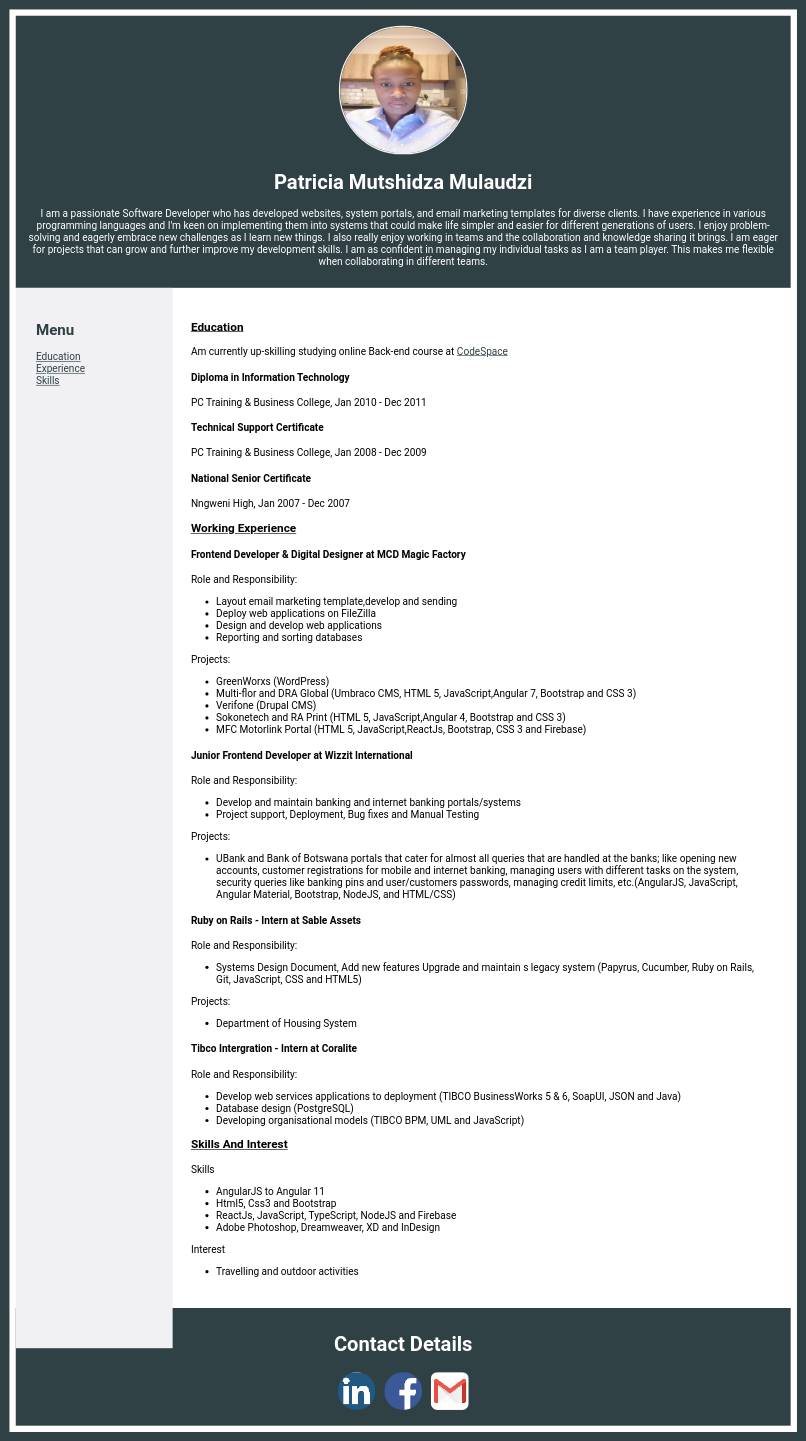
Repository: Patricious/Digital-Resume-01
Page: index.html
An editor plug-in stored every save of this project. The page is shown before and after the next save, followed by the edit.
The browser window is 1280 px wide. The pictures show the whole page, at 63% of full size.

Above is the page before, as saved 2021-08-23 11:54:08.

After the next save:
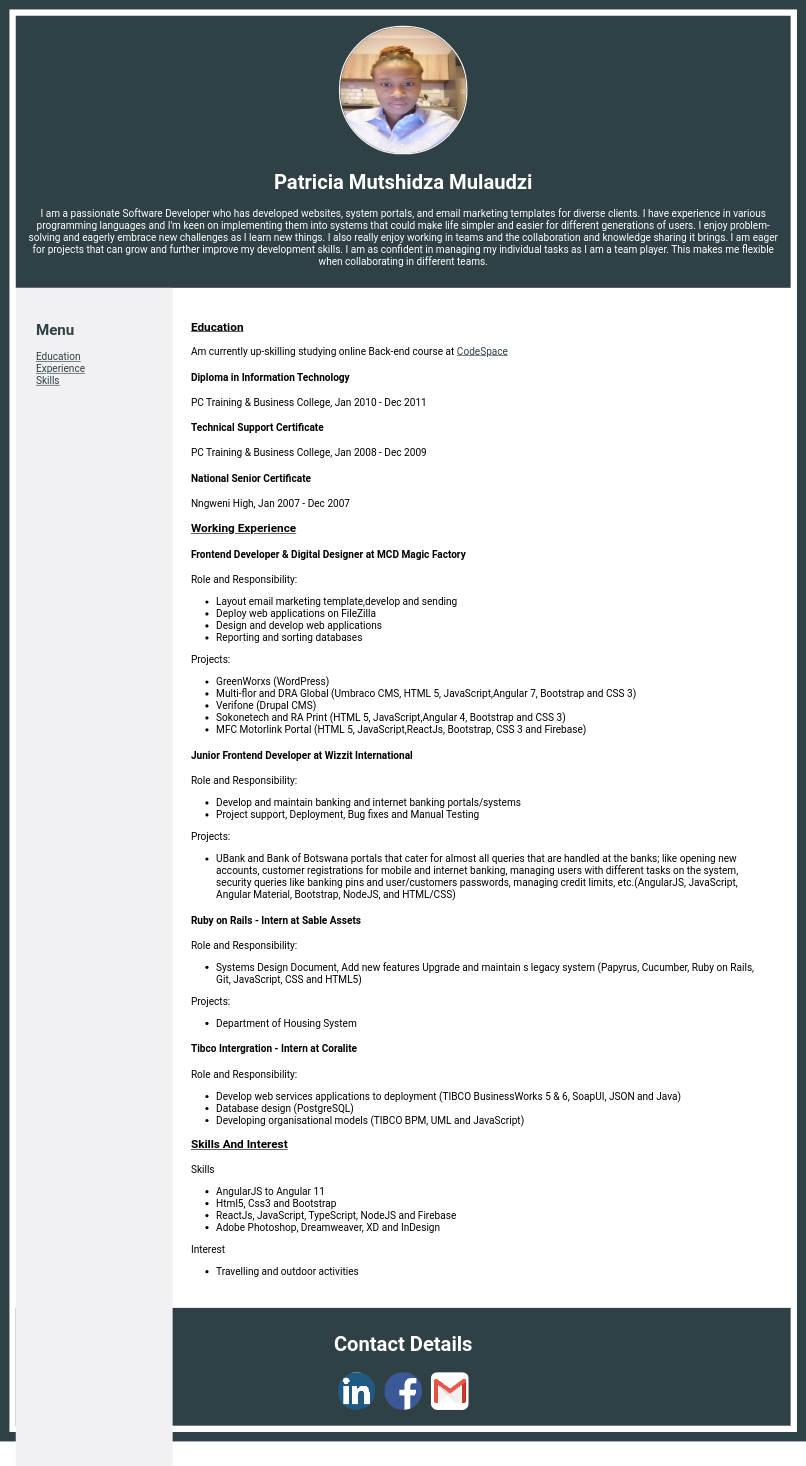
Saved 14 s later.
--- a/index.html
+++ b/index.html
@@ -126,14 +126,14 @@
                 </ul>
             </article>
         </section>
-    </div>
 
-    <footer>
-        <h1>Contact Details</h1>
-        <a href="https://www.linkedin.com/in/patricia-mulaudzi-93b526101/" target="_blank"><img src="img/in.png" alt="LinkedIN" class="circle"></a>
-        <a href="https://www.facebook.com/patricia.mulaudzi.1/" target="_blank"><img src="img/fb.png" alt="Facebook" class="circle"></a>
-        <a href="mailto:mulaudzi689@gmail.com"><img src="img/gm.png" alt="Gmail" class="rounded"></a>
-    </footer>
+
+        <footer>
+            <h1>Contact Details</h1>
+            <a href="https://www.linkedin.com/in/patricia-mulaudzi-93b526101/" target="_blank"><img src="img/in.png" alt="LinkedIN" class="circle"></a>
+            <a href="https://www.facebook.com/patricia.mulaudzi.1/" target="_blank"><img src="img/fb.png" alt="Facebook" class="circle"></a>
+            <a href="mailto:mulaudzi689@gmail.com"><img src="img/gm.png" alt="Gmail" class="rounded"></a>
+        </footer>
     </div>
 </body>
 

After the 2 saves that followed:
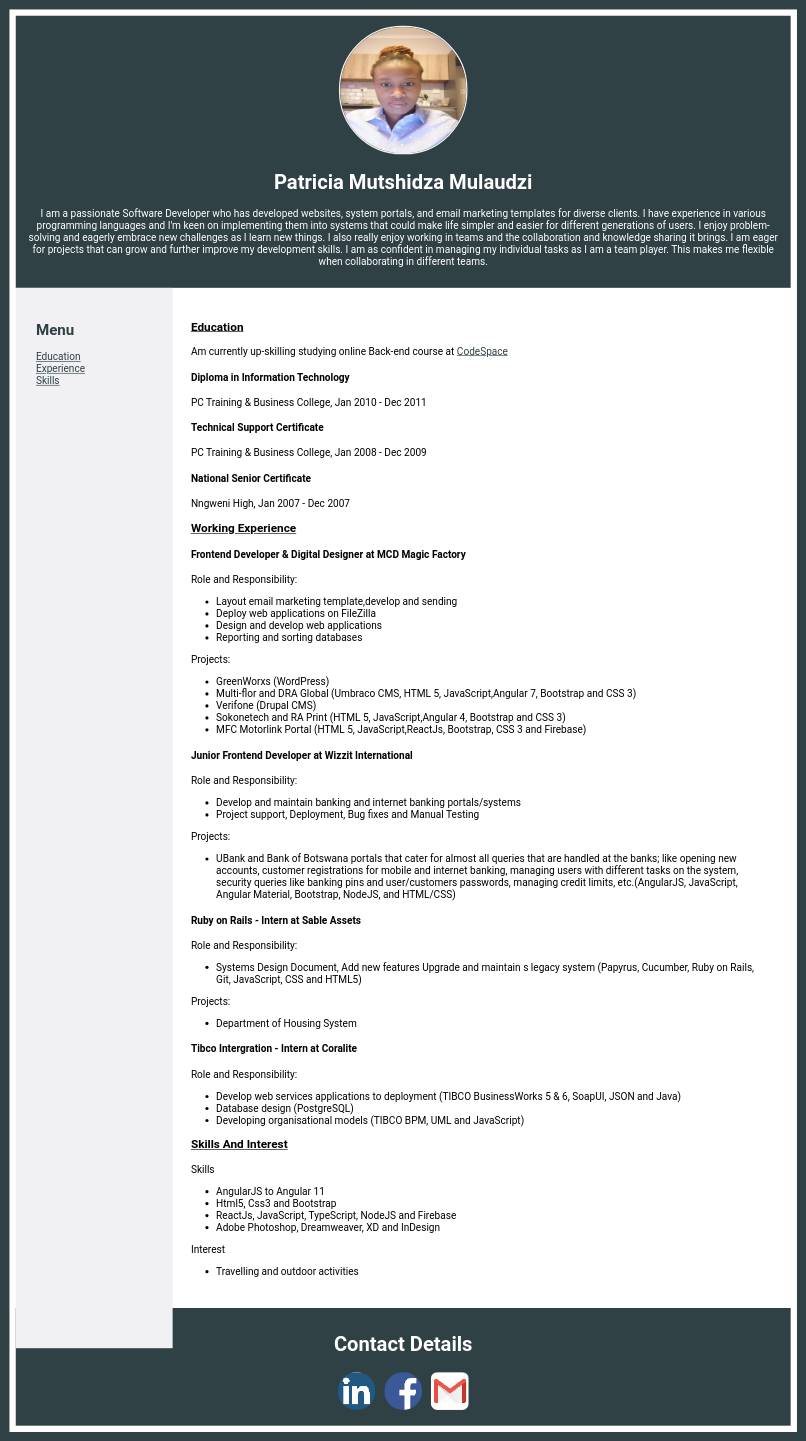
The 2 saves are shown as one change because they came seconds apart.
The last was saved 16 s later.
--- a/index.html
+++ b/index.html
@@ -126,15 +126,15 @@
                 </ul>
             </article>
         </section>
+    </div>
 
+    <footer>
+        <h1>Contact Details</h1>
+        <a href="https://www.linkedin.com/in/patricia-mulaudzi-93b526101/" target="_blank"><img src="img/in.png" alt="LinkedIN" class="circle"></a>
+        <a href="https://www.facebook.com/patricia.mulaudzi.1/" target="_blank"><img src="img/fb.png" alt="Facebook" class="circle"></a>
+        <a href="mailto:mulaudzi689@gmail.com"><img src="img/gm.png" alt="Gmail" class="rounded"></a>
+    </footer>
 
-        <footer>
-            <h1>Contact Details</h1>
-            <a href="https://www.linkedin.com/in/patricia-mulaudzi-93b526101/" target="_blank"><img src="img/in.png" alt="LinkedIN" class="circle"></a>
-            <a href="https://www.facebook.com/patricia.mulaudzi.1/" target="_blank"><img src="img/fb.png" alt="Facebook" class="circle"></a>
-            <a href="mailto:mulaudzi689@gmail.com"><img src="img/gm.png" alt="Gmail" class="rounded"></a>
-        </footer>
-    </div>
 </body>
 
 </html>
